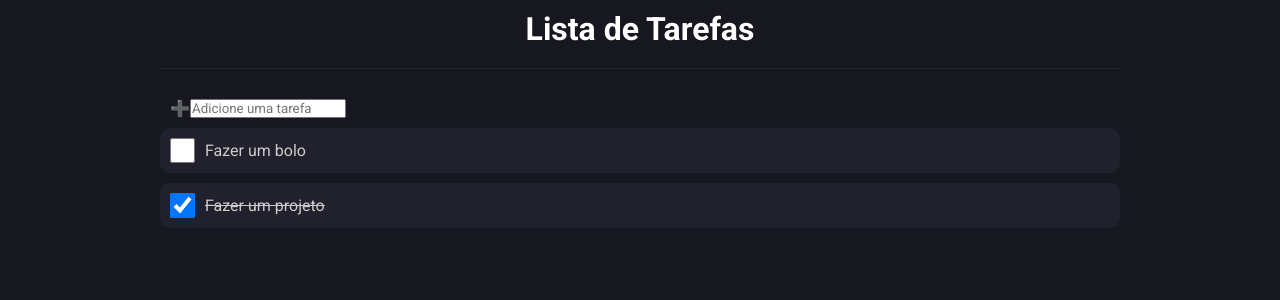
Repository: guilhermecardoso93/todolist-app
Page: /
The author's editor kept a copy of each file at every save. The page is drawn from the files as they stood at one save, then again after the next save.
The browser window is 1280 px wide. The pictures show the whole page.
The project was rebuilt for these pictures with package versions that can differ from the ones it lists, and the page was loaded fresh each time. Also part of the build but not shown: vite.config.ts.

Above is the page before, as saved 2022-11-12 22:40:26.

After the next save:
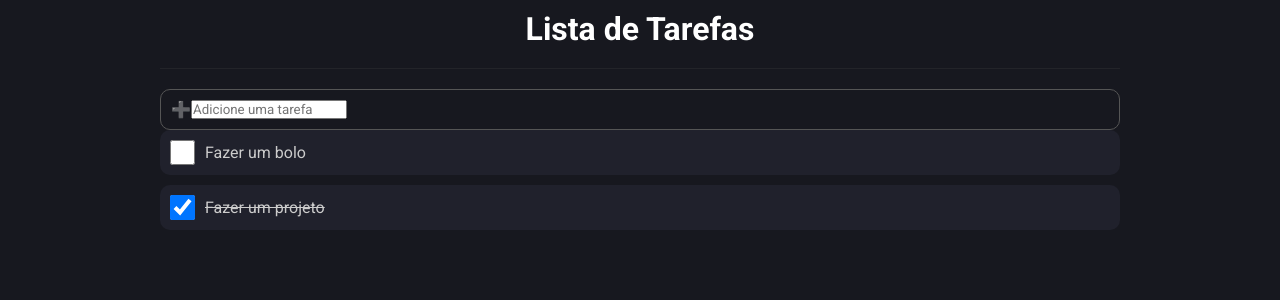
Saved 18 s later.
--- a/src/components/AddTask/AddTask.styles.ts
+++ b/src/components/AddTask/AddTask.styles.ts
@@ -5,8 +5,7 @@ export const Container = styled.div`
   align-items: center;
   justify-content: start;
 
-  padding:10px;
-border-radius: 10px;
-
-
+  padding: 10px;
+  border-radius: 10px;
+  border: 1px solid #555;
 `;
